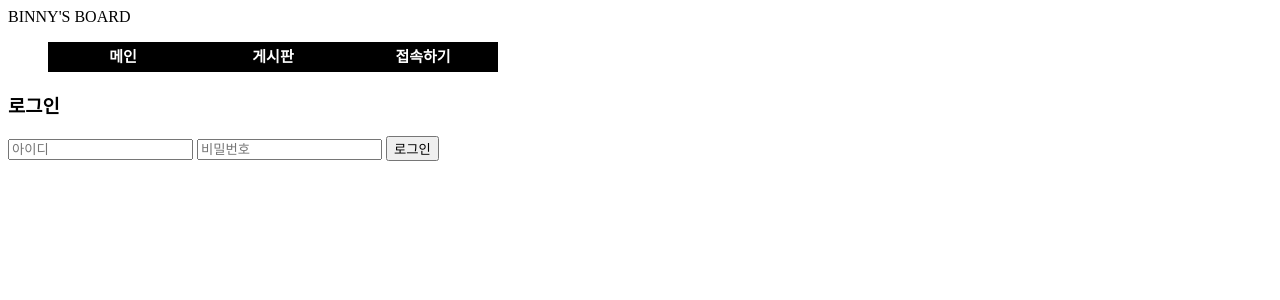
Repository: myunbongs/JSP_study
Page: http://localhost/BBS/bbs.jsp
The author's editor kept a copy of each file at every save. The page is drawn from the files as they stood at one save, then again after the next save.
The browser window is 1280 px wide. The pictures show the whole page.
The page is served by Tomcat 9.

Above is the page before, as saved 2021-02-22 03:38:29.

After the next save:
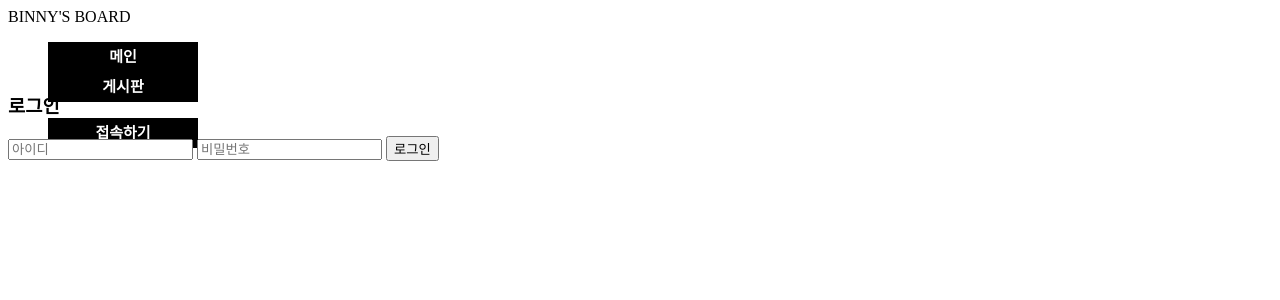
Saved 35 s later.
--- a/JSP/projects/BBS/WebContent/bbs.jsp
+++ b/JSP/projects/BBS/WebContent/bbs.jsp
@@ -44,7 +44,7 @@
 		display: block;
 	}
 
-	#navbar ul li li {
+	#navbar ul li {
 		float: none;
 		width: 150px;
 	}

After the save that followed:
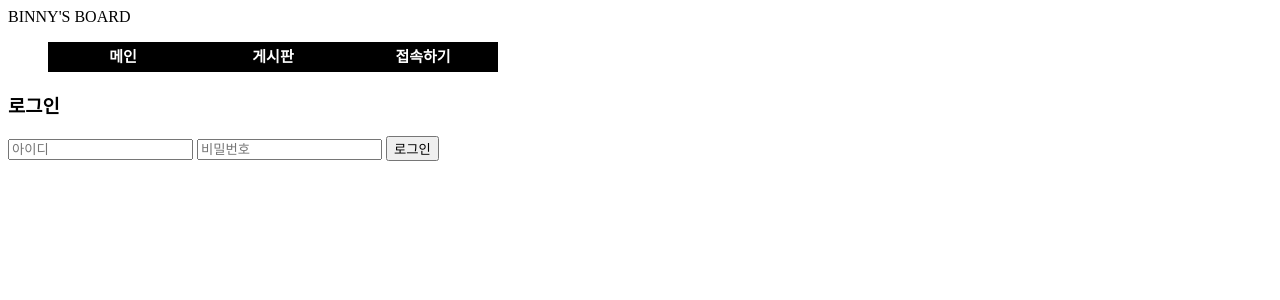
Saved 105 s later.
--- a/JSP/projects/BBS/WebContent/bbs.jsp
+++ b/JSP/projects/BBS/WebContent/bbs.jsp
@@ -44,7 +44,7 @@
 		display: block;
 	}
 
-	#navbar ul li {
+	#navbar ul li li {
 		float: none;
 		width: 150px;
 	}
